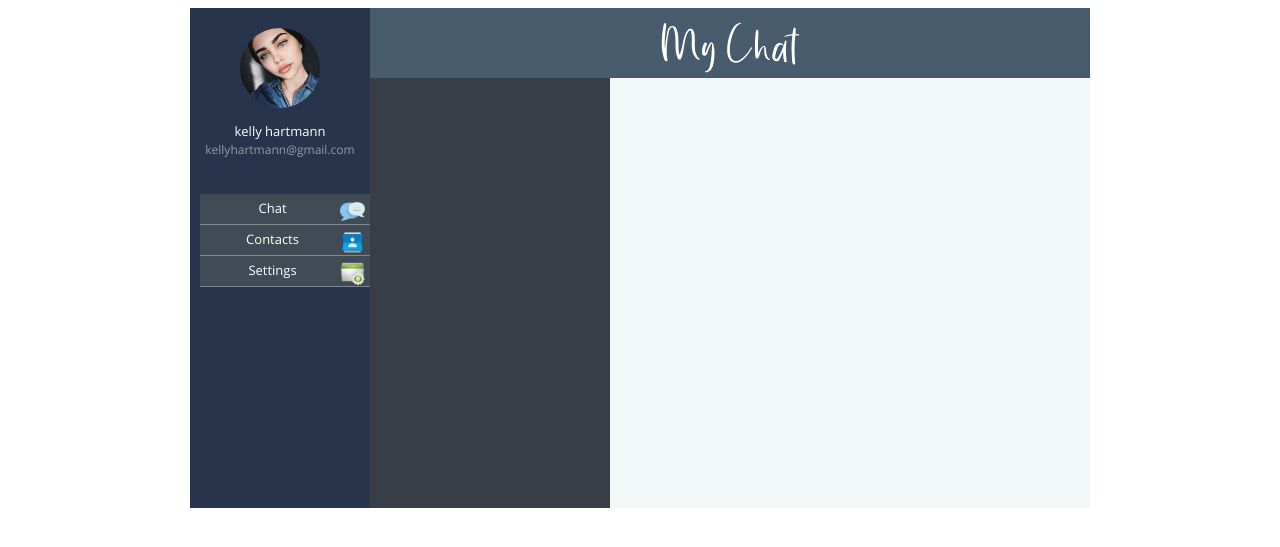
Repository: chathura226/SeekWork_Group_Project_I
Page: http://localhost/
The author's editor kept a copy of each file at every save. The page is drawn from the files as they stood at one save, then again after the next save.
The browser window is 1280 px wide. The pictures show the whole page.
The page is run by PHP 8.4 with error messages shown; the project is at /var/www/html/.

Above is the page before, as saved 2023-12-04 17:32:03.

### chat/index.php
<!DOCTYPE html>
<html>
    <head>
        <title>Chat</title>

    </head>
    <style type="text/css">

        @font-face {
            font-family: headFont;
            src: url(ui/fonts/Summer-Vibes-OTF.otf);
        }

        @font-face {
            font-family: myfont;
            src: url(ui/fonts/OpenSans-Regular.ttf);
        }


        #wrapper{

            max-width: 900px;
            min-height: 500px;
            display: flex;
            margin:auto;
            color:white;
            font-family:myfont;
            font-size:13px;

        }

        #left_pannel{
            min-height: 400px;
            background-color: #27344b;
            flex:1;
            text-align:center;




        }

        #profile_image{
            width:50%;
            /*border:solid thin white;*/
            border-radius:50%;
            margin:10px;


        }


        #left_pannel label{
            width:100%;
            height: 20px;
            display:block;
            background-color:#404b56;
            border-bottom:solid thin #ffffff55;
            cursor: pointer;
            padding: 5px;
            transition: all 1s ease ;


        }


        #left_pannel label:hover{

            background-color:#778593;

        }


        #left_pannel label img{
            float:right;
            width:25px;




        }

        #right_pannel{
            min-height: 500px;
            flex:4;
            text-align: center;

        }

        #header{
            background-color: #485b6c;
            height: 70px;
            font-size:40px;
            text-align:center;
            font-family:headFont;


        }

        #inner_left_pannel{
            background-color:#383e48;
            flex:1;
            min-height:430px


        }

        #inner_right_pannel{
            background-color:#f2f7f8;
            flex:2;
            min-height:430px;
            transition:all 2s ease;


        }

        #radio_contacts:checked ~ #inner_right_pannel{
            flex:0;
        }

        #radio_settings:checked ~ #inner_right_pannel{
            flex:0;
        }




    </style>
    <body>
        <div id="wrapper">

           <div id="left_pannel">
                <div style="padding: 10px;">
                    <img id="profile_image" src="ui/images/user3.jpg">
                    <br>
                    kelly hartmann
                    <br>
                    <span style="font-size:12px; opacity:0.5;">kellyhartmann@gmail.com</span>
                    <br>
                    <br>
                    <br>
                    <div>
                        <label id="label_chat"  for ="radio_chat">Chat<img src="ui/icons/chat.png"></label>
                        <label id="label_contact"  for ="radio_contacts">Contacts<img src="ui/icons/contacts.png"></label>
                        <label id="label_settings" for ="radio_settings">Settings<img src="ui/icons/settings.png"></label>
                    </div>

                </div>
           </div>
           <div id="right_pannel">
              <div id="header" >My Chat</div>
                <div id="container"  style="display: flex">

                <div id="inner_left_pannel">
                </div>

                <input type="radio" id="radio_chat" name="my_radio" style="display:none;">
                <input type="radio" id="radio_contacts" name="my_radio" style="display:none;">
                <input type="radio" id="radio_settings" name="my_radio" style="display:none;">

                <div id="inner_right_pannel"></div>
                </div>
           </div>



        </div>


    </body>
</html>

<script type="text/javascript">

    function _(element){
        return document.getElementById(element);
    }

    var inner_pannel = _("inner_left_pannel");



</script>

After the next save:
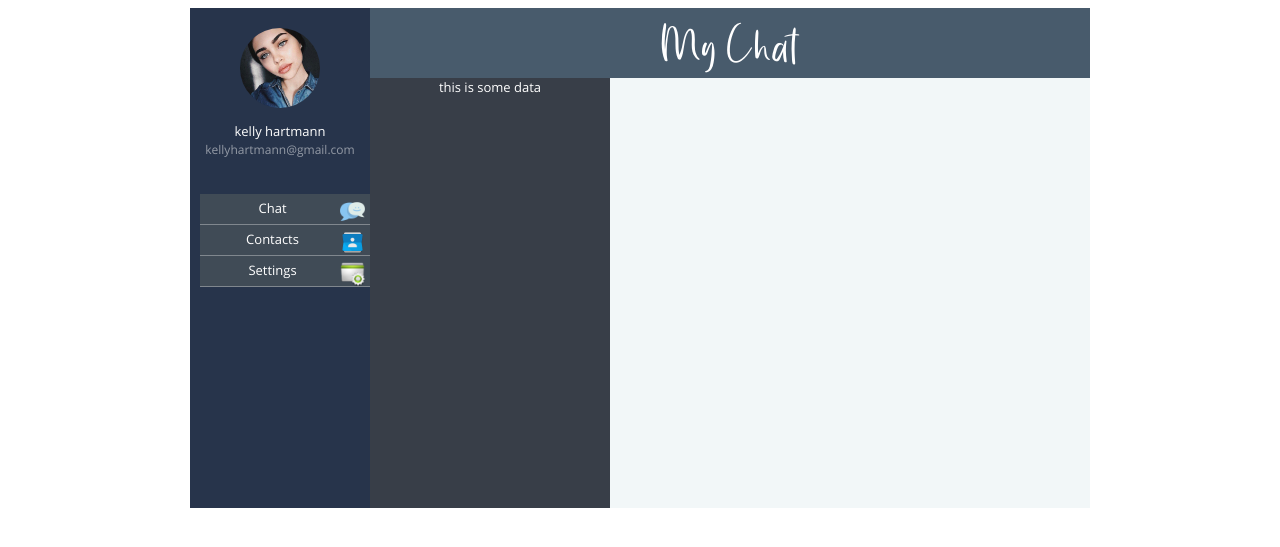
Saved 32 min 6 s later.
--- a/chat/index.php
+++ b/chat/index.php
@@ -178,6 +178,8 @@
 
     var inner_pannel = _("inner_left_pannel");
 
+    inner_pannel.innerHTML = "this is some data";
+
 
 
 </script>

After the save that followed:
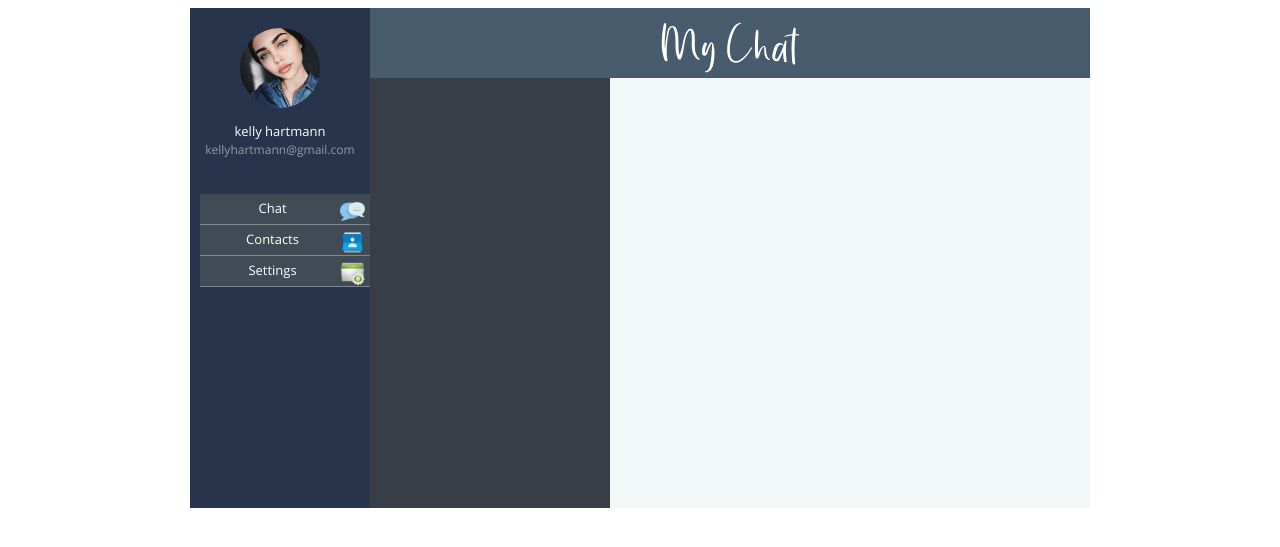
Console error: ReferenceError: inner_pannel is not defined
Saved 4 min 4 s later.
--- a/chat/index.php
+++ b/chat/index.php
@@ -176,7 +176,12 @@
         return document.getElementById(element);
     }
 
-    var inner_pannel = _("inner_left_pannel");
+
+    function read_data(){
+        var inner_pannel = _("inner_left_pannel");
+
+    }
+
 
     inner_pannel.innerHTML = "this is some data";
 
